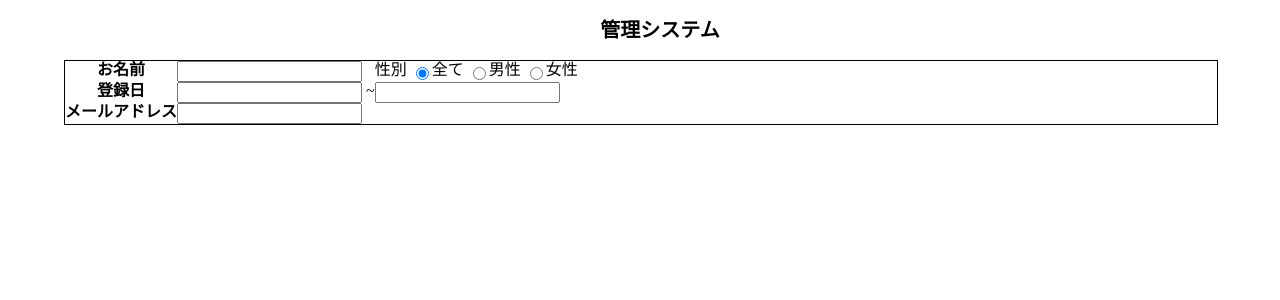
Repository: masanarimiura/20220723_miura_advance_test
Page: http://localhost/manage
These files come from the project's save history. The page is drawn as it stood at one moment and after the next save; the edit follows.
The browser window is 1280 px wide. The pictures show the whole page.
The page is served by the project's Laravel application, run on PHP 8.4 with Laravel 8.

Above is the page before, as saved 2022-07-19 20:21:06.

After the next save:
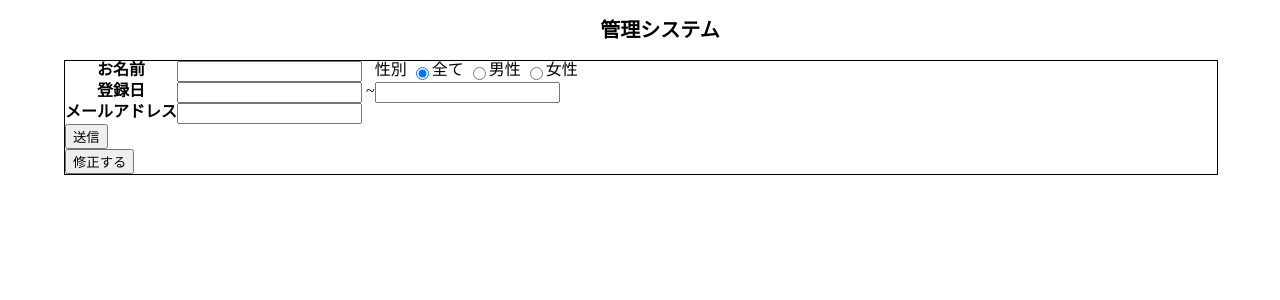
Saved 42 s later.
--- a/resources/views/manage.blade.php
+++ b/resources/views/manage.blade.php
@@ -163,7 +163,12 @@ input, select {
             </td>
           </tr>
         </table>
-
+        <div class="submit-box">
+        <button type="submit" class="submit-btn">送信</button>
+      </div>
+      <div class="submit-box">
+        <button type="submit" formmethod="get" class="return-btn">修正する</button>
+      </div>
       </form>
     </div>
 
